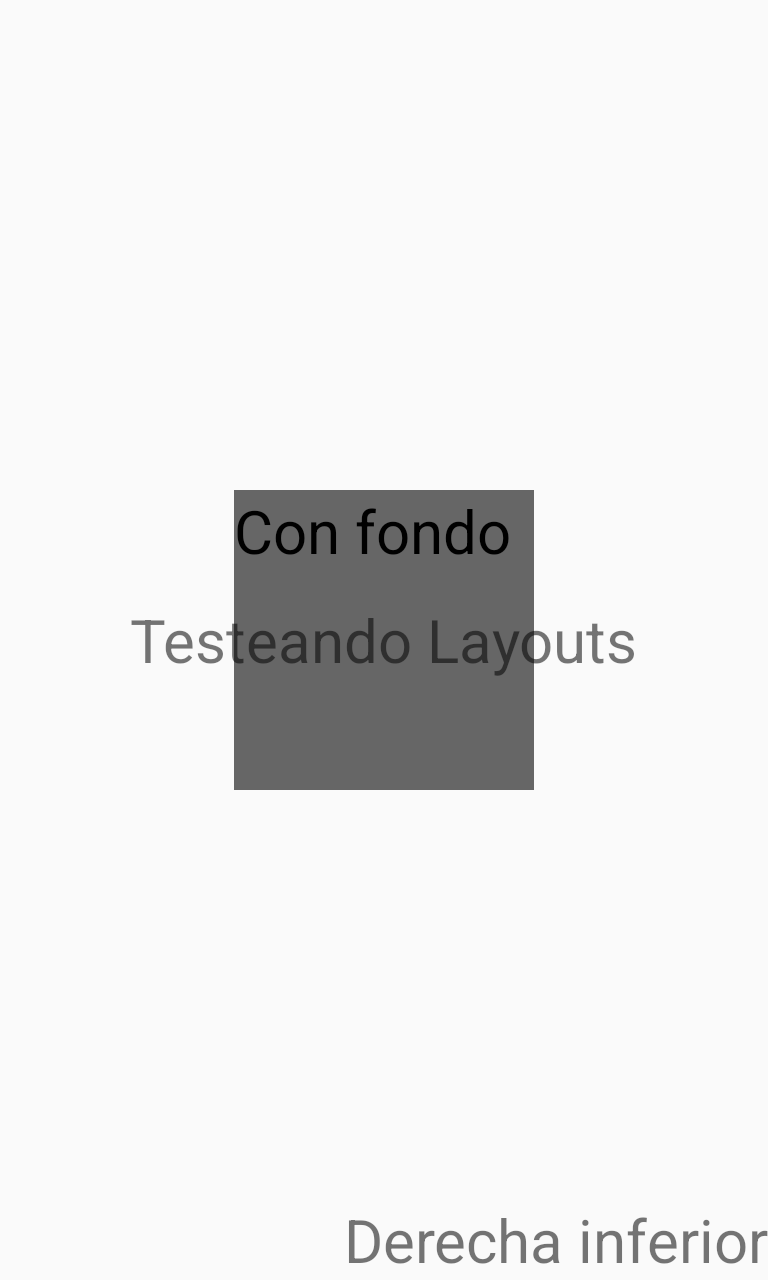
Repository: jromanz/android-projects
Layout: ListaAlumnos/res/layout/activity_frame_layout.xml
The author's editor kept a copy of each file at every save. The layout is drawn from the files as they stood at one save, then again after the next save.
It is drawn on a 768 x 1280 px phone screen (xhdpi) without system bars, with theme AppTheme; the app's code is not run.

Above is the layout before, as saved 2014-08-28 23:38:00.

After the next save:
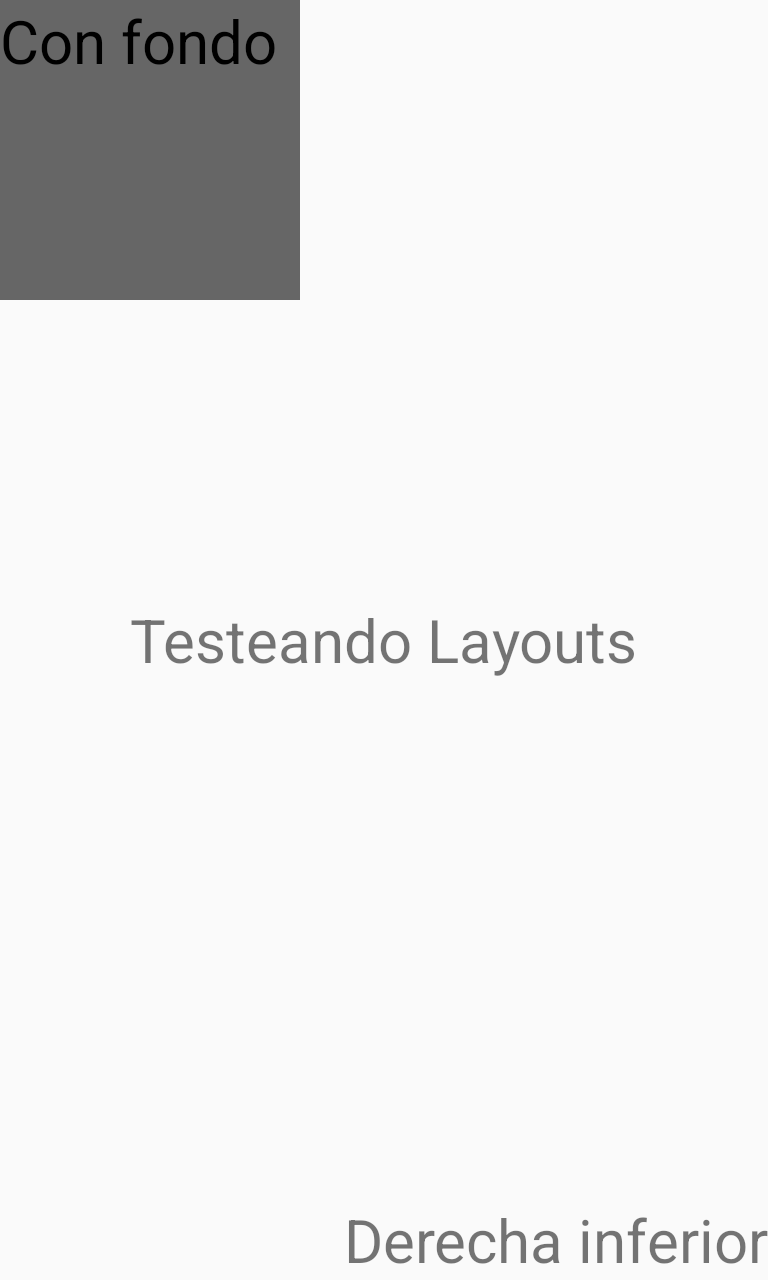
Saved 18 min 36 s later.
--- a/ListaAlumnos/res/layout/activity_frame_layout.xml
+++ b/ListaAlumnos/res/layout/activity_frame_layout.xml
@@ -9,7 +9,7 @@
         android:layout_height="150dp"
         android:text="Con fondo"
         android:textSize="30sp"
-        android:layout_gravity="center"
+        android:layout_gravity="top|left"
 		android:background="#666666"
         android:textColor="#000000"
         />
